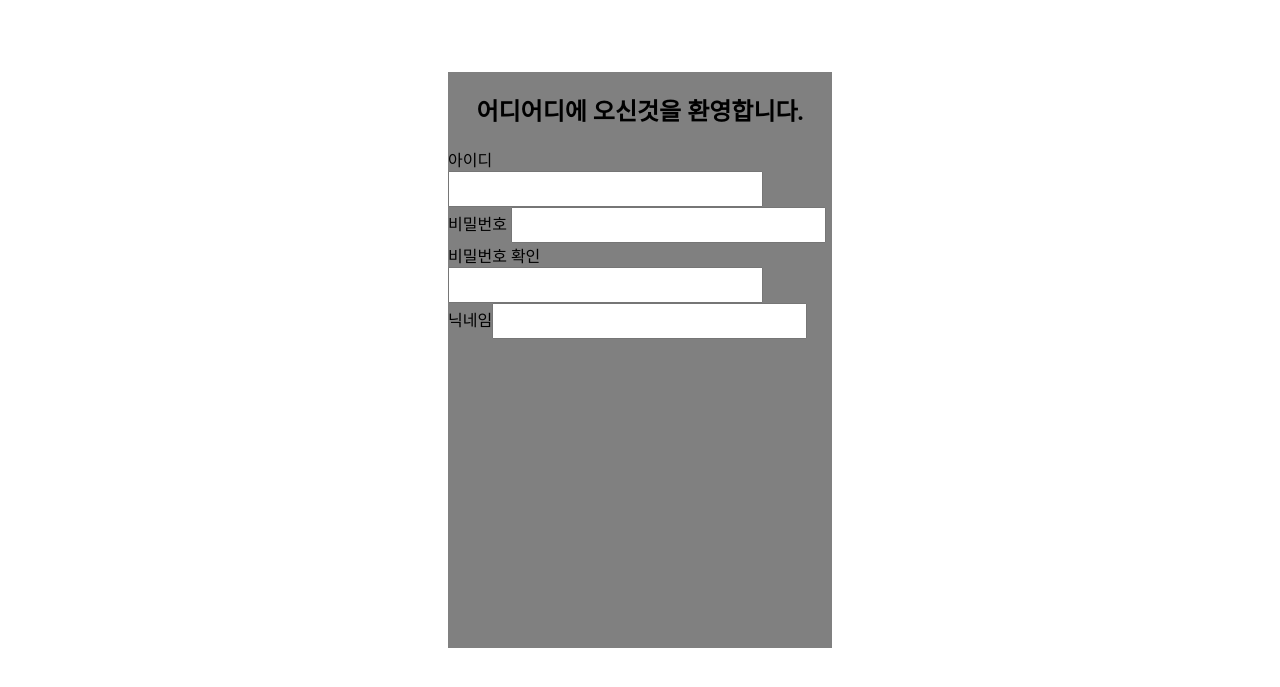
Repository: zzangyu/koreanFoodsProject
Page: http://localhost/koreanFoodsProject/koreanFoods/kFoods.do?cmd=signUp
These files come from the project's save history. The page is drawn as it stood at one moment and after the next save; the edit follows.
The browser window is 1280 px wide. The pictures show the whole page.
The page is served by Tomcat 9.

Above is the page before, as saved 2022-12-29 07:05:01.

After the next save:
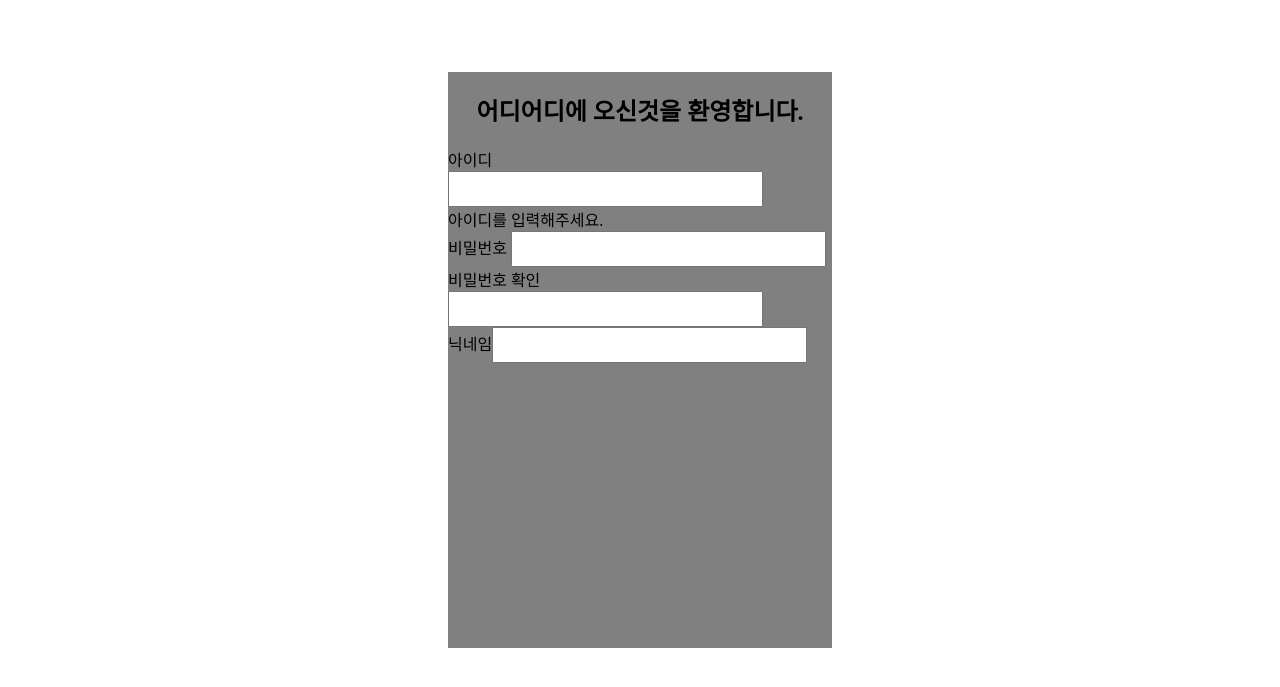
Saved 7 s later.
--- a/koreanFoodsProject/src/main/webapp/koreanFoods/signUp.jsp
+++ b/koreanFoodsProject/src/main/webapp/koreanFoods/signUp.jsp
@@ -15,7 +15,7 @@
 				<div>아이디</div>
 				<div>
 					<input type="text" name="kf_id" class="signUp_input">
-					<div id="signUp_idCheck"></div>
+					<div id="signUp_idCheck">아이디를 입력해주세요.</div>
 				</div>
 			</div>
 			<div>
